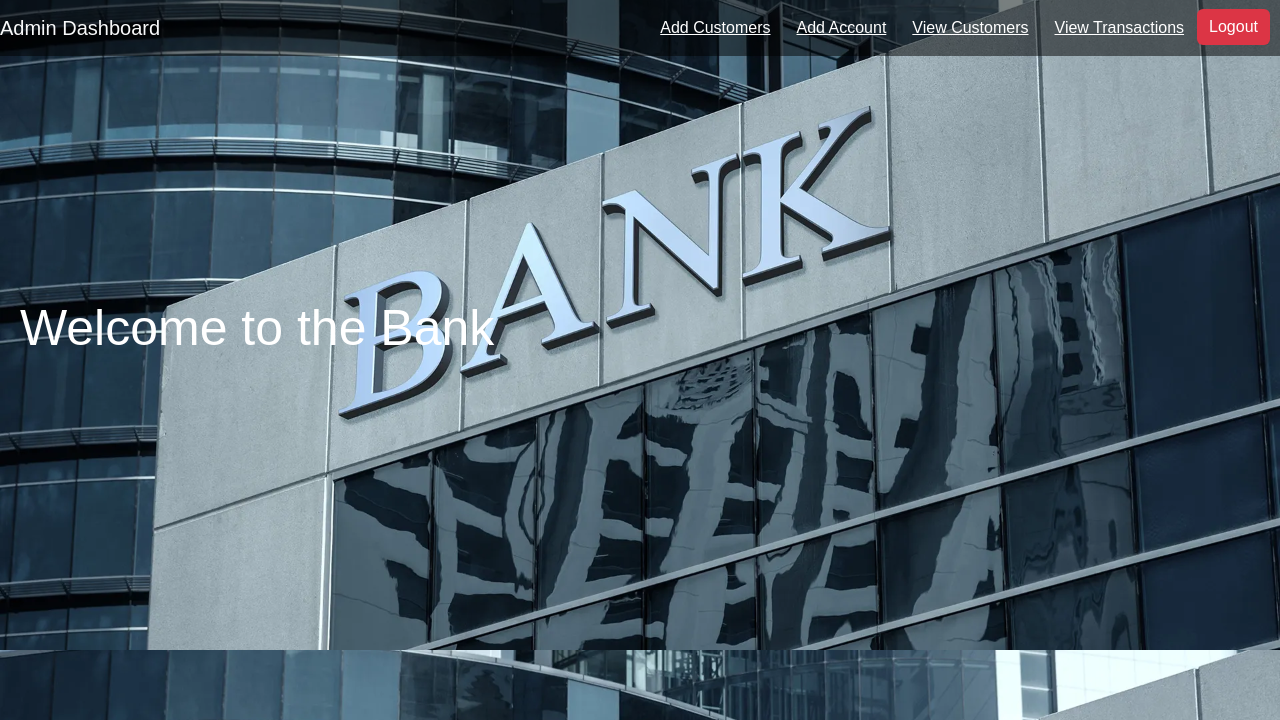
Repository: prathamsuhasia/swabhav-mini-project
Page: http://localhost/01-mini-project/Admin.jsp
The author's editor kept a copy of each file at every save. The page is drawn from the files as they stood at one save, then again after the next save.
The browser window is 1280 px wide. The pictures show the whole page.
The page is served by Tomcat 9. The session is filled in as if someone had signed in: {"username": "testuser", "admin": "admin"}. Other server files are loaded and not shown.

Above is the page before, as saved 2024-08-15 16:17:56.

### 01-mini-project/WebContent/Admin.jsp
<%@ page language="java" contentType="text/html; charset=ISO-8859-1"
	pageEncoding="ISO-8859-1"%>
<%
	response.setHeader("Cache-Control", "no-cache, no-store, must-revalidate");
	response.setHeader("Pragma", "no-cache");
	response.setDateHeader("Expires", 0);
%>
<%
	HttpSession sessions = request.getSession(false);
	if (session == null || !"admin".equals(session.getAttribute("admin"))) {
		// No session or user not logged in, redirect to the login page
		response.sendRedirect("Index.jsp");
		return;
	}
%>
<!DOCTYPE html>
<html>
<head>
<meta http-equiv="Content-Type" content="text/html; charset=ISO-8859-1">
<title>Dashboard</title>
<link
	href="https://cdn.jsdelivr.net/npm/bootstrap@5.3.0/dist/css/bootstrap.min.css"
	rel="stylesheet">
<style>
body {
	background-image: url('Bank.webp');
	background-size: cover;
	background-position: center;
	color: #fff;
	font-family: Arial, sans-serif;
	position: relative;
    z-index: 1;
}

.navbar {
	background-color: rgba(0, 0, 0, 0.5);
	margin-bottom: 20px;
}

.navbar-brand {
	color: #f8f9fa;
}

.navbar-nav .nav-link {
	color: #f8f9fa !important;
}

.navbar-nav .nav-link:hover {
	color: #e9ecef !important;
}

.btn-logout {
	background-color: #dc3545;
	border: none;
	color: #fff;
	margin-right: 10px;
}

.btn-logout:hover {
	background-color: #c82333;
	color: #fff;
}

.welcome-message {
	display: flex;
	align-items: center;
	color: white;
	height: 70vh;
	justify-content: flex-start;
	padding-left: 20px;
	font-size: 50px;
}

.container {
	background-color: rgba(0, 0, 0, 0.6);
	padding: 20px;
	border-radius: 10px;
}


</style>
</head>
<body>
	<nav class="navbar navbar-expand-lg">
		<a class="navbar-brand" href="#">Admin Dashboard</a>
		<div class="collapse navbar-collapse justify-content-end">
			<ul class="navbar-nav">
				<li class="nav-item">
					<form action="AdminController" method="post" class="nav-item">
						<button type="submit" name="action" value="AddCustomers"
							class="btn btn-link"style="color:white;">Add Customers</button>
					</form>
				</li>
				<li class="nav-item">
					<form action="AdminController" method="post" class="nav-item">
						<button type="submit" name="action" value="AddAccount"
							class="btn btn-link" style="color:white;">Add Account</button>
					</form>
				</li>
				<li class="nav-item">
					<form action="AdminController" method="post" class="nav-item">
						<button type="submit" name="action" value="ViewCustomers"
							class="btn btn-link" style="color:white;">View Customers</button>
					</form>
				</li>
				<li class="nav-item">
					<form action="AdminController" method="post" class="nav-item">
						<button type="submit" name="action" value="ViewTransactions"
							class="btn btn-link" style="color:white;">View Transactions</button>
					</form>
				</li>
				<li class="nav-item">
					<form action="LogoutServlet">
						<button type="submit" class="btn btn-logout">Logout</button>
					</form>
				</li>
			</ul>
		</div>
	</nav>

	<div class="welcome-message">Welcome to the Bank</div>

	<script src="https://code.jquery.com/jquery-3.6.0.min.js"></script>
	<script
		src="https://cdn.jsdelivr.net/npm/bootstrap@5.3.0/dist/js/bootstrap.bundle.min.js"></script>
</body>
</html>

After the next save:
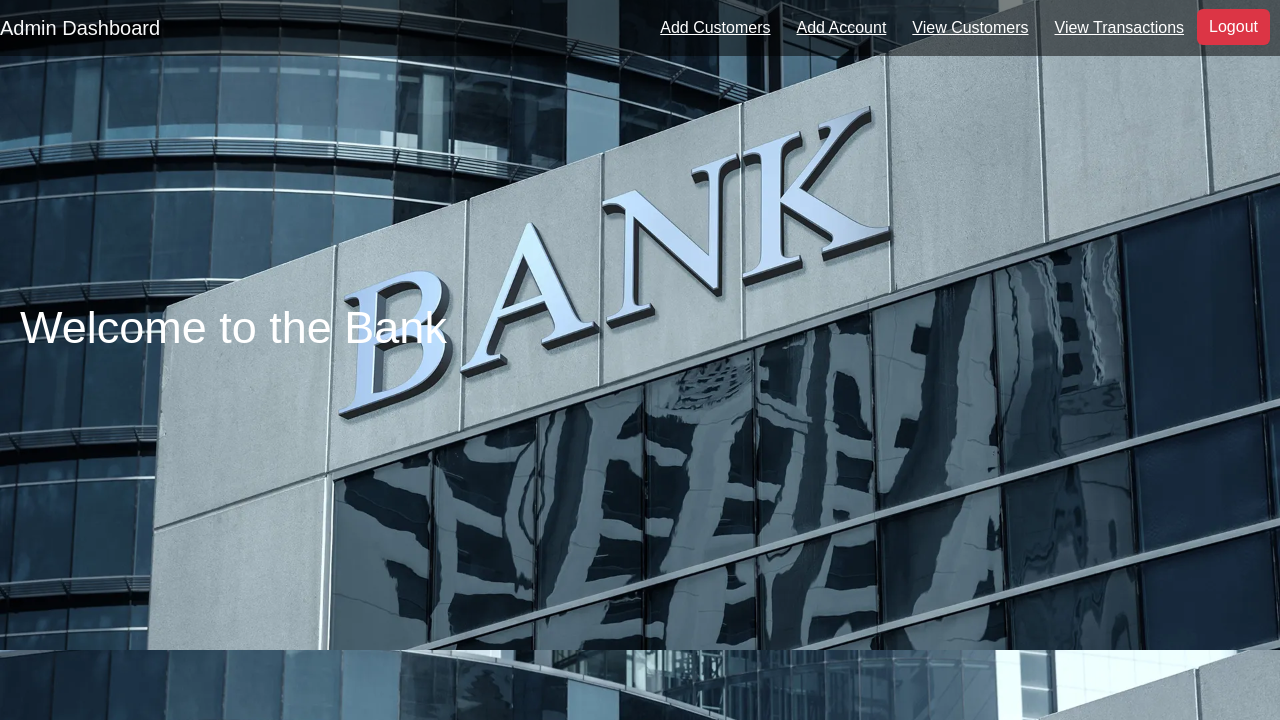
Saved 23 s later.
--- a/01-mini-project/WebContent/Admin.jsp
+++ b/01-mini-project/WebContent/Admin.jsp
@@ -68,7 +68,7 @@ body {
 	height: 70vh;
 	justify-content: flex-start;
 	padding-left: 20px;
-	font-size: 50px;
+	font-size: 45px;
 }
 
 .container {
